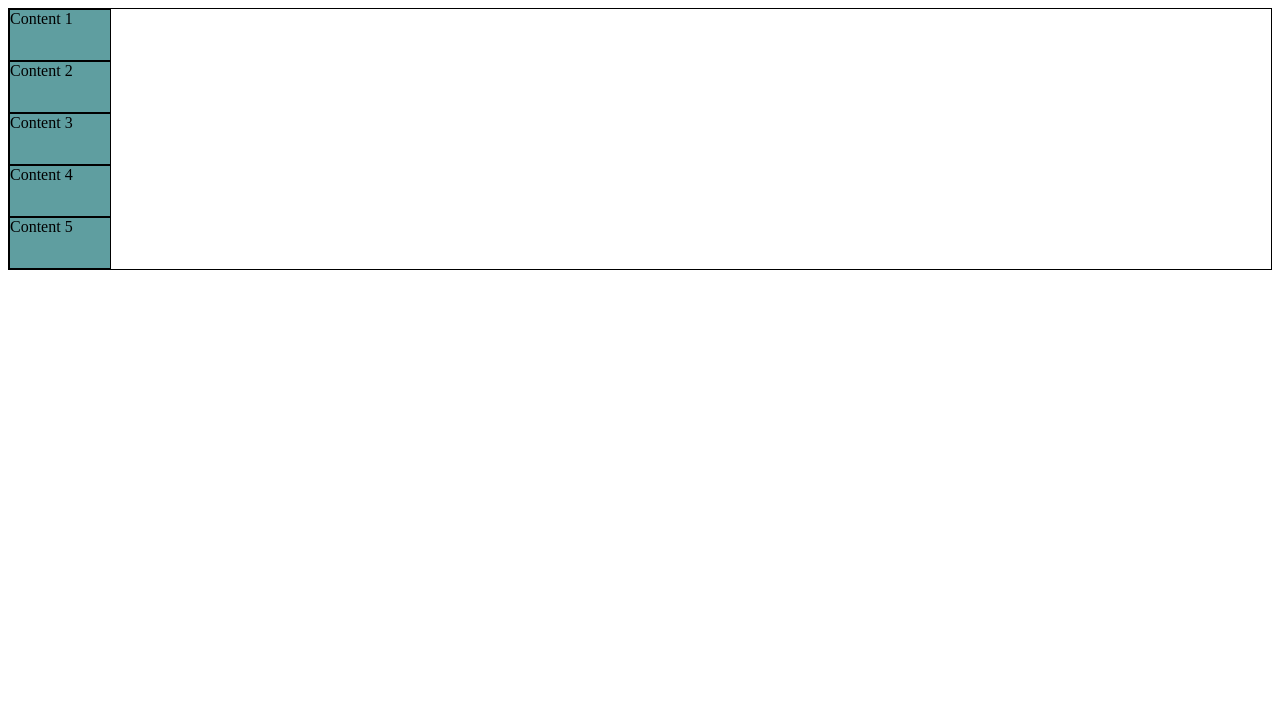
Repository: sammkrt/saltPrecourse
Page: css-trainingGround/cssMarginAndPadding.html
An editor plug-in stored every save of this project. The page is shown before and after the next save, followed by the edit.
The browser window is 1280 px wide. The pictures show the whole page.

Above is the page before, as saved 2022-12-22 10:34:59.

### css-trainingGround/cssMarginAndPadding.html
<!DOCTYPE html>
<html lang="en">
<head>
    <title>Positioning plaground</title>
    <style>
        main {
            border: 1px solid black;
        }

        div {
            background-color: cadetblue;
            width: 100px;
            height: 50px;
            border: 1px solid black;
        }

    </style>
</head>
<body>
<main>
    <div>Content 1</div>
    <div>Content 2</div>
    <div>Content 3</div>
    <div>Content 4</div>
    <div>Content 5</div>
</main>
</body>
</html>

After the next save:
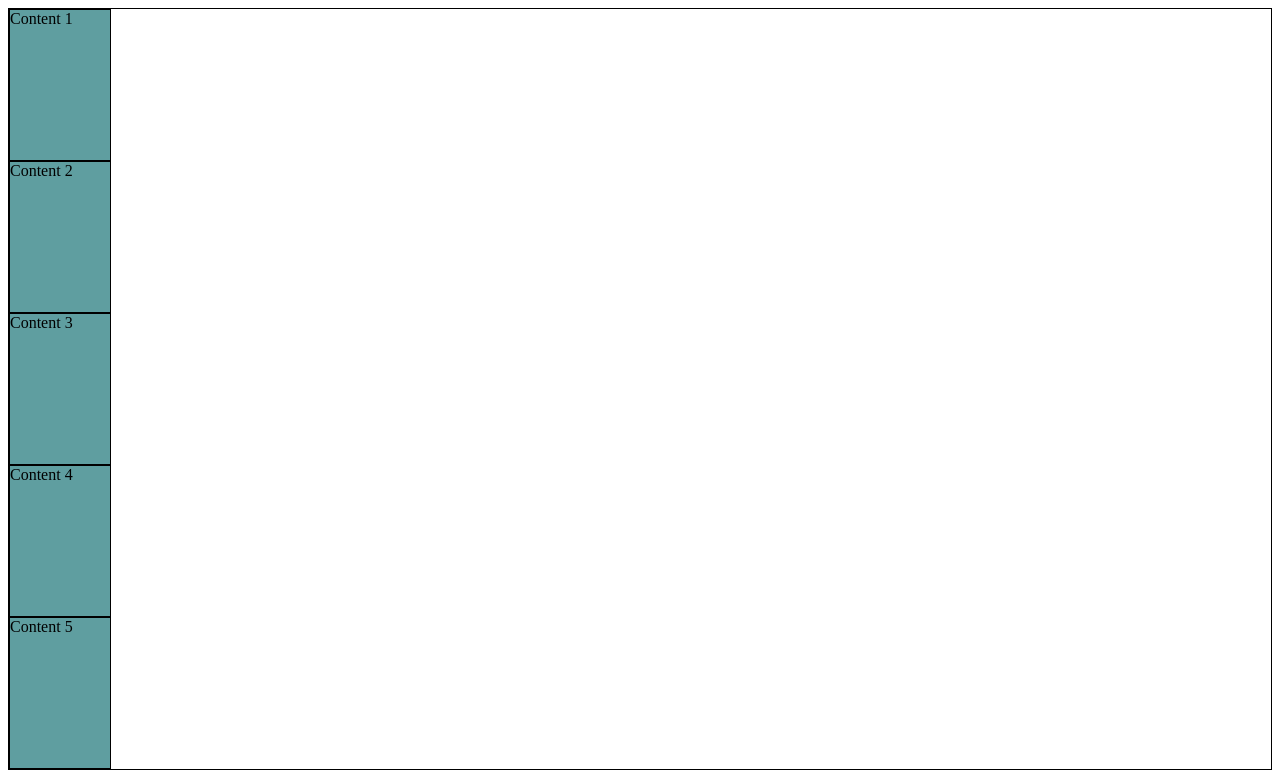
Saved 7 s later.
--- a/css-trainingGround/cssMarginAndPadding.html
+++ b/css-trainingGround/cssMarginAndPadding.html
@@ -10,7 +10,7 @@
         div {
             background-color: cadetblue;
             width: 100px;
-            height: 50px;
+            height: 150px;
             border: 1px solid black;
         }
 

After the save that followed:
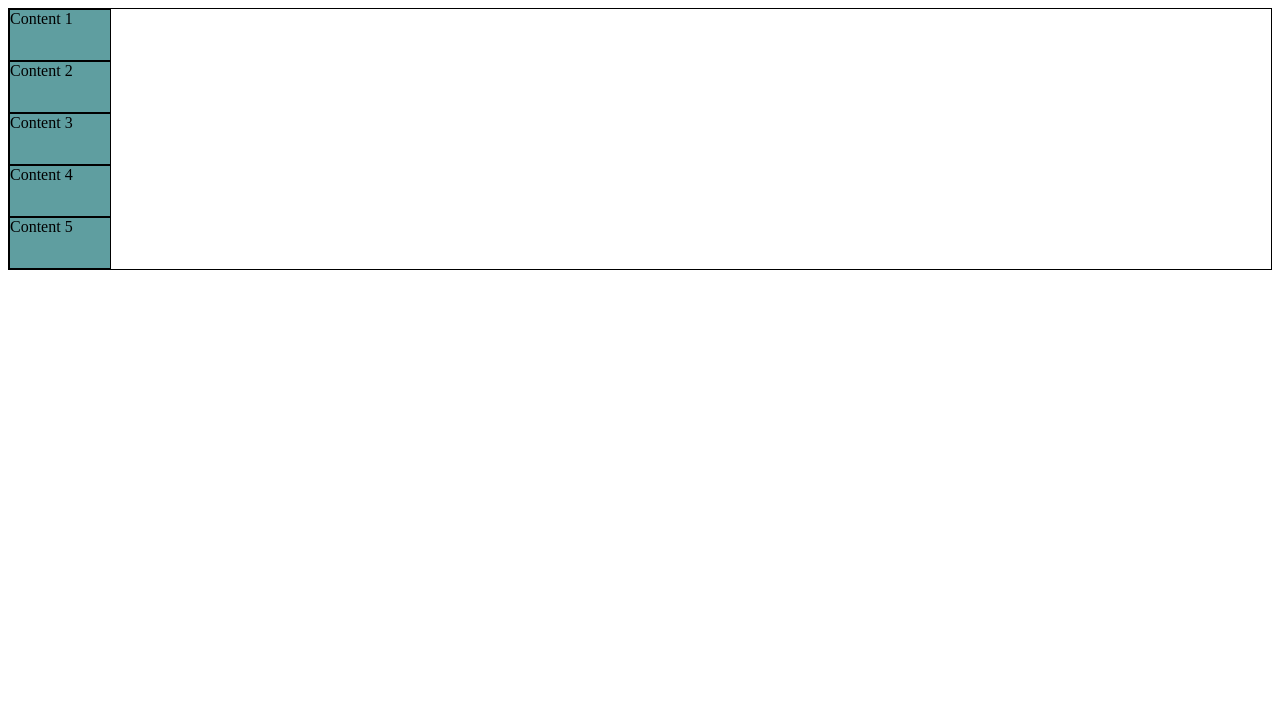
Saved 11 s later.
--- a/css-trainingGround/cssMarginAndPadding.html
+++ b/css-trainingGround/cssMarginAndPadding.html
@@ -10,7 +10,7 @@
         div {
             background-color: cadetblue;
             width: 100px;
-            height: 150px;
+            height: 50px;
             border: 1px solid black;
         }
 
